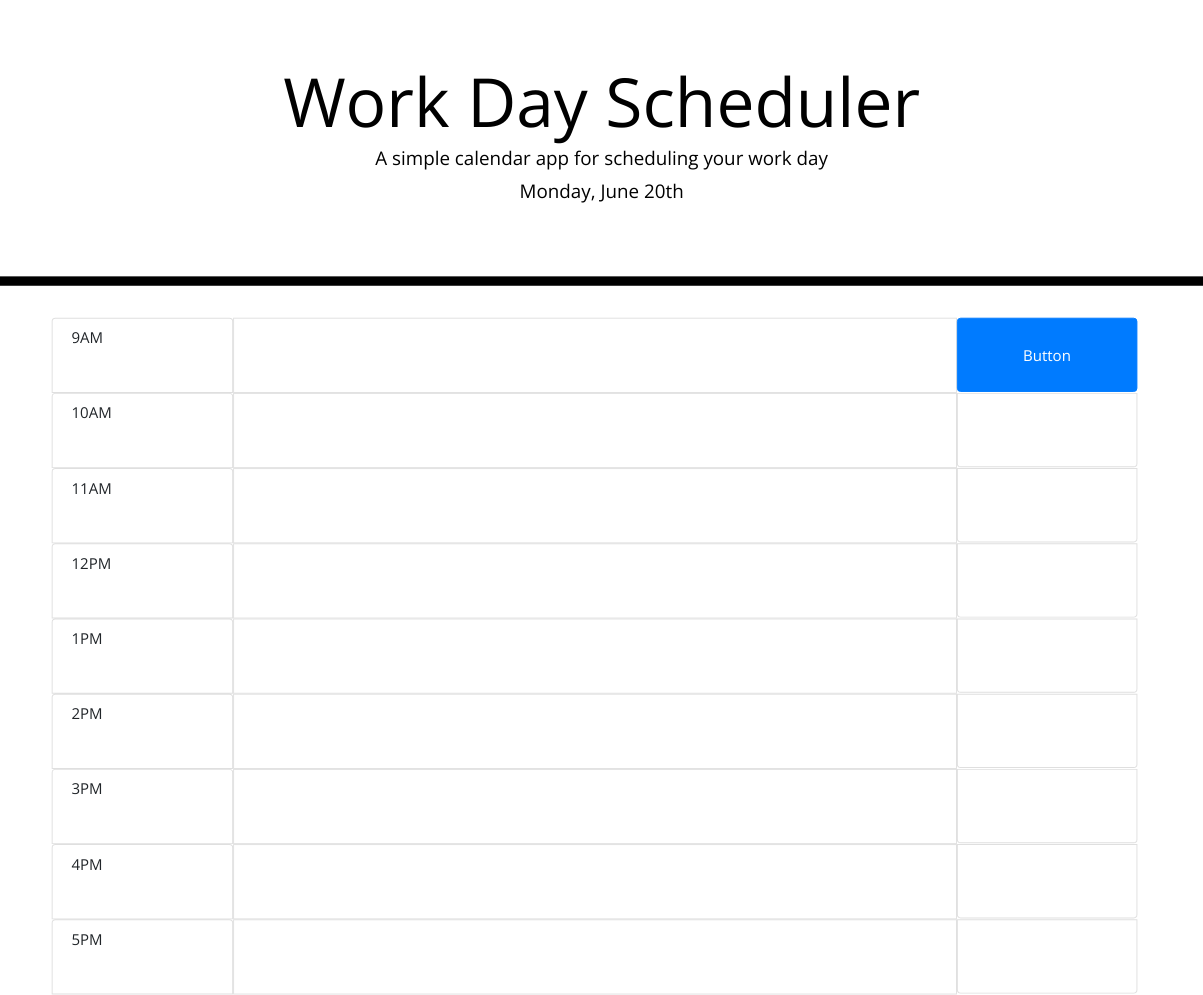
Repository: dtierney21/work-day-scheduler
Page: index.html
These files come from the project's save history. The page is drawn as it stood at one moment and after the next save; the edit follows.
The browser window is 1280 px wide. The pictures show the whole page, at 94% of full size.
Some web libraries are served in a nearby version.

Above is the page before, as saved 2022-06-28 12:13:20.

### index.html
<!DOCTYPE html>
<html lang="en">
  <head>
    <meta charset="UTF-8" />
    <meta name="viewport" content="width=device-width, initial-scale=1.0" />
    <meta http-equiv="X-UA-Compatible" content="ie=edge" />
    <link
      rel="stylesheet"
      href="https://stackpath.bootstrapcdn.com/bootstrap/4.3.1/css/bootstrap.min.css"
    />
    <link
      rel="stylesheet"
      href="https://use.fontawesome.com/releases/v5.8.1/css/all.css"
      integrity="sha384-50oBUHEmvpQ+1lW4y57PTFmhCaXp0ML5d60M1M7uH2+nqUivzIebhndOJK28anvf"
      crossorigin="anonymous"
    />
    <link
      href="https://fonts.googleapis.com/css?family=Open+Sans&display=swap"
      rel="stylesheet"
    />
    <link rel="stylesheet" href="./assets/css/style.css" />
    <title>Work Day Scheduler</title>
  </head>

  <body>
    <header class="jumbotron">
      <h1 class="display-3">Work Day Scheduler</h1>
      <p class="lead">A simple calendar app for scheduling your work day</p>
      <p id="currentDay" class="lead"></p>
    </header>
    <section class="container">
        <div class="row">
      <!-- Timeblocks go here -->
            <ul class="list-group col-12">
                <div class="row">
                    <li class="list-group-item col-2">9AM</li>
                    <li class="list-group-item col-8"></li>
                    <button class="btn btn-primary col-2" type="submit">Button</button>
                </div>
                <div class="row">
                    <li class="list-group-item col-2">10AM</li>
                    <li class="list-group-item col-8"></li>
                    <li class="list-group-item col-2"></li>
                </div>
                <div class="row">
                    <li class="list-group-item col-2">11AM</li>
                    <li class="list-group-item col-8"></li>
                    <li class="list-group-item col-2"></li>
                </div>
                <div class="row">
                    <li class="list-group-item col-2">12PM</li>
                    <li class="list-group-item col-8"></li>
                    <li class="list-group-item col-2"></li>
                </div>
                <div class="row">
                    <li class="list-group-item col-2">1PM</li>
                    <li class="list-group-item col-8"></li>
                    <li class="list-group-item col-2"></li>
                </div>
                <div class="row">
                    <li class="list-group-item col-2">2PM</li>
                    <li class="list-group-item col-8"></li>
                    <li class="list-group-item col-2"></li>
                </div>
                <div class="row">
                    <li class="list-group-item col-2">3PM</li>
                    <li class="list-group-item col-8"></li>
                    <li class="list-group-item col-2"></li>
                </div>
                <div class="row">
                    <li class="list-group-item col-2">4PM</li>
                    <li class="list-group-item col-8"></li>
                    <li class="list-group-item col-2"></li>
                </div>
                <div class="row">
                    <li class="list-group-item col-2">5PM</li>
                    <li class="list-group-item col-8"></li>
                    <li class="list-group-item col-2"></li>
                </div>
            </ul>
        </div>
    </section>

    <script src="https://cdnjs.cloudflare.com/ajax/libs/jquery/3.5.1/jquery.min.js"></script>
    <script src="https://cdnjs.cloudflare.com/ajax/libs/moment.js/2.24.0/moment.min.js"></script>
    <script src="./assets/js/script.js"></script>
  </body>
</html>

### assets/css/style.css
body {
  font-family: 'Open Sans', sans-serif;
  font-size: 16px;
  line-height: 1;
}

textarea {
  background: transparent;
  border: none;
  resize: none;
  color: #000000;
  border-left: 1px solid black;
  padding: 10px;
}

.jumbotron {
  text-align: center;
  background-color: transparent;
  color: black;
  border-radius: 0;
  border-bottom: 10px solid black;
}

.description {
  white-space: pre-wrap;
}

.time-block {
  text-align: center;
  border-radius: 15px;
}

.row {
  white-space: pre-wrap;
  height: 80px;
  border-top: 1px solid white;
}

.hour {
  background-color: #ffffff;
  color: #000000;
  border-top: 1px dashed #000000;
}

.past {
  background-color: #d3d3d3;
  color: white;
}

.present {
  background-color: #ff6961;
  color: white;
}

.future {
  background-color: #77dd77;
  color: white;
}

.saveBtn {
  border-left: 1px solid black;
  border-top-right-radius: 15px;
  border-bottom-right-radius: 15px;
  background-color: #06aed5;
  color: white;
}

.saveBtn i:hover {
  font-size: 20px;
  transition: all 0.3s ease-in-out;
}

### assets/js/script.js
var now = moment();
console.log(now);

var currentDayEl = $('#currentDay');
var today = moment().format('dddd, MMMM Do');


currentDayEl.text(today);

After the next save:
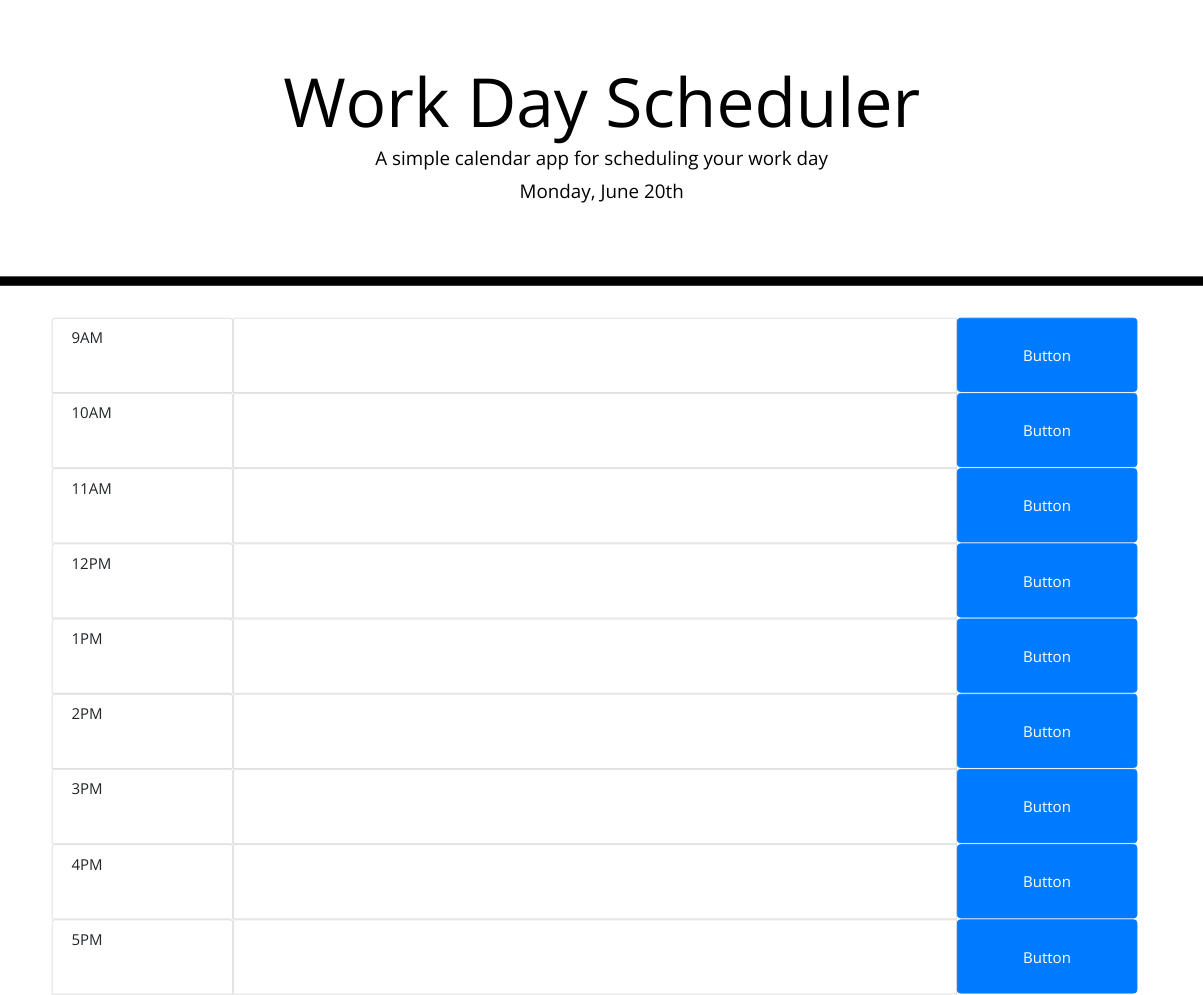
Saved 39 s later.
--- a/index.html
+++ b/index.html
@@ -40,42 +40,42 @@
                 <div class="row">
                     <li class="list-group-item col-2">10AM</li>
                     <li class="list-group-item col-8"></li>
-                    <li class="list-group-item col-2"></li>
+                    <button class="btn btn-primary col-2" type="submit">Button</button>
                 </div>
                 <div class="row">
                     <li class="list-group-item col-2">11AM</li>
                     <li class="list-group-item col-8"></li>
-                    <li class="list-group-item col-2"></li>
+                    <button class="btn btn-primary col-2" type="submit">Button</button>
                 </div>
                 <div class="row">
                     <li class="list-group-item col-2">12PM</li>
                     <li class="list-group-item col-8"></li>
-                    <li class="list-group-item col-2"></li>
+                    <button class="btn btn-primary col-2" type="submit">Button</button>
                 </div>
                 <div class="row">
                     <li class="list-group-item col-2">1PM</li>
                     <li class="list-group-item col-8"></li>
-                    <li class="list-group-item col-2"></li>
+                    <button class="btn btn-primary col-2" type="submit">Button</button>
                 </div>
                 <div class="row">
                     <li class="list-group-item col-2">2PM</li>
                     <li class="list-group-item col-8"></li>
-                    <li class="list-group-item col-2"></li>
+                    <button class="btn btn-primary col-2" type="submit">Button</button>
                 </div>
                 <div class="row">
                     <li class="list-group-item col-2">3PM</li>
                     <li class="list-group-item col-8"></li>
-                    <li class="list-group-item col-2"></li>
+                    <button class="btn btn-primary col-2" type="submit">Button</button>
                 </div>
                 <div class="row">
                     <li class="list-group-item col-2">4PM</li>
                     <li class="list-group-item col-8"></li>
-                    <li class="list-group-item col-2"></li>
+                    <button class="btn btn-primary col-2" type="submit">Button</button>
                 </div>
                 <div class="row">
                     <li class="list-group-item col-2">5PM</li>
                     <li class="list-group-item col-8"></li>
-                    <li class="list-group-item col-2"></li>
+                    <button class="btn btn-primary col-2" type="submit">Button</button>
                 </div>
             </ul>
         </div>
